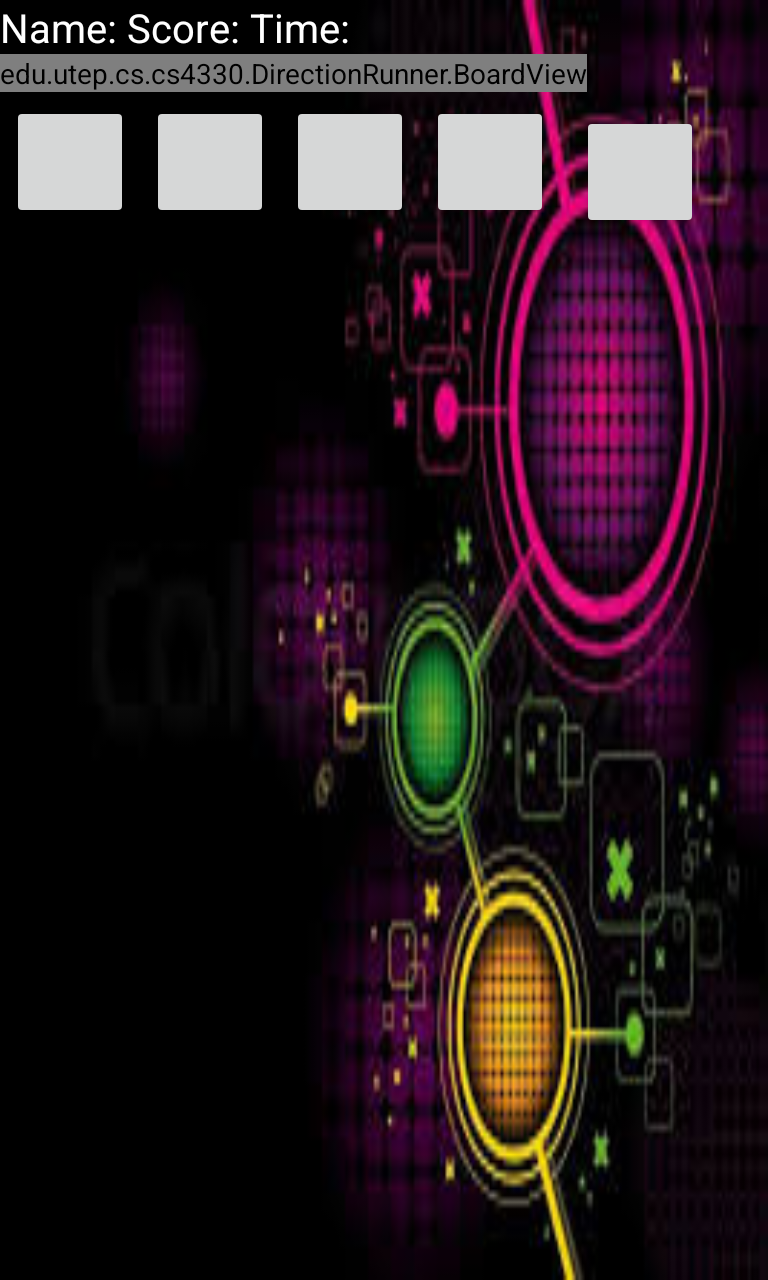
Repository: RedJaVa68/DirectionRunner
Layout: DirectionRunner/res/layout/game_activity.xml
An editor plug-in stored every save of this project. The layout is shown before and after the next save, followed by the edit.
Pictures or frames that could not be fetched are drawn as grey boxes. It is drawn on a 768 x 1280 px phone screen (xhdpi) without system bars, with theme AppTheme; the app's code is not run.

Above is the layout before, as saved 2015-05-07 00:32:23.

### DirectionRunner/res/layout/game_activity.xml
<?xml version="1.0" encoding="utf-8"?>
<ScrollView
    android:layout_width="match_parent"
    android:layout_height="match_parent"
    android:fillViewport="true"
    xmlns:android="http://schemas.android.com/apk/res/android">
<LinearLayout
    android:layout_width="fill_parent"
    android:layout_height="wrap_content"
    android:orientation="vertical"
    android:weightSum="3"
    android:background="@drawable/bg">
    <LinearLayout
        android:layout_width="wrap_content"
        android:layout_height="wrap_content"
        android:orientation="horizontal">
        <TextView
            android:id="@+id/nameText"
            android:layout_width="wrap_content"
            android:layout_height="wrap_content"
            android:text="Name: "
            android:textSize="20sp"
            android:textColor="#ffffff"/>"
        <TextView
            android:id="@+id/scoreText"
            android:layout_width="wrap_content"
            android:layout_height="wrap_content"
            android:text="Score: "
            android:textSize="20sp"
            android:textColor="#ffffff"/>
        <TextView
            android:id="@+id/clock"
            android:layout_width="wrap_content"
            android:layout_height="wrap_content"
            android:text="Time: "
            android:textSize="20sp"
            android:textColor="#ffffff"/>

    </LinearLayout>
    <edu.utep.cs.cs4330.DirectionRunner.BoardView
        android:id="@+id/boardView"
        android:layout_width="wrap_content"
        android:layout_height="wrap_content"/>
    <LinearLayout
        android:layout_width="wrap_content"
        android:layout_height="wrap_content"
        android:orientation="horizontal">
        <Button
        	android:id="@+id/button1"
        	android:layout_width="60dp"
        	android:layout_height="60dp"
        	android:layout_margin="5dp"
        	android:onClick="button1"/>
        <Button
            android:id="@+id/button2"
            android:layout_width="60dp"
            android:layout_height="60dp"
            android:layout_margin="5dp"
            android:onClick="button2"/>
        <Button
        	android:id="@+id/button3"
        	android:layout_width="60dp"
        	android:layout_height="60dp"
        	android:layout_margin="5dp"
        	android:onClick="button3"/>
        <Button
            android:id="@+id/button4"
            android:layout_width="60dp"
            android:layout_height="60dp"
            android:layout_margin="5dp"
            android:onClick="button4"/>
        <Button
        	android:id="@+id/button5"
        	android:layout_width="60dp"
        	android:layout_height="60dp"
        	android:layout_margin="10dp"
        	android:onClick="button5"/>
    </LinearLayout>
</LinearLayout>
</ScrollView>

Loaded but not shown: DirectionRunner/res/values/styles.xml (common file); DirectionRunner/res/values-v11/styles.xml (common file); DirectionRunner/res/values-v14/styles.xml (common file)

After the next save:
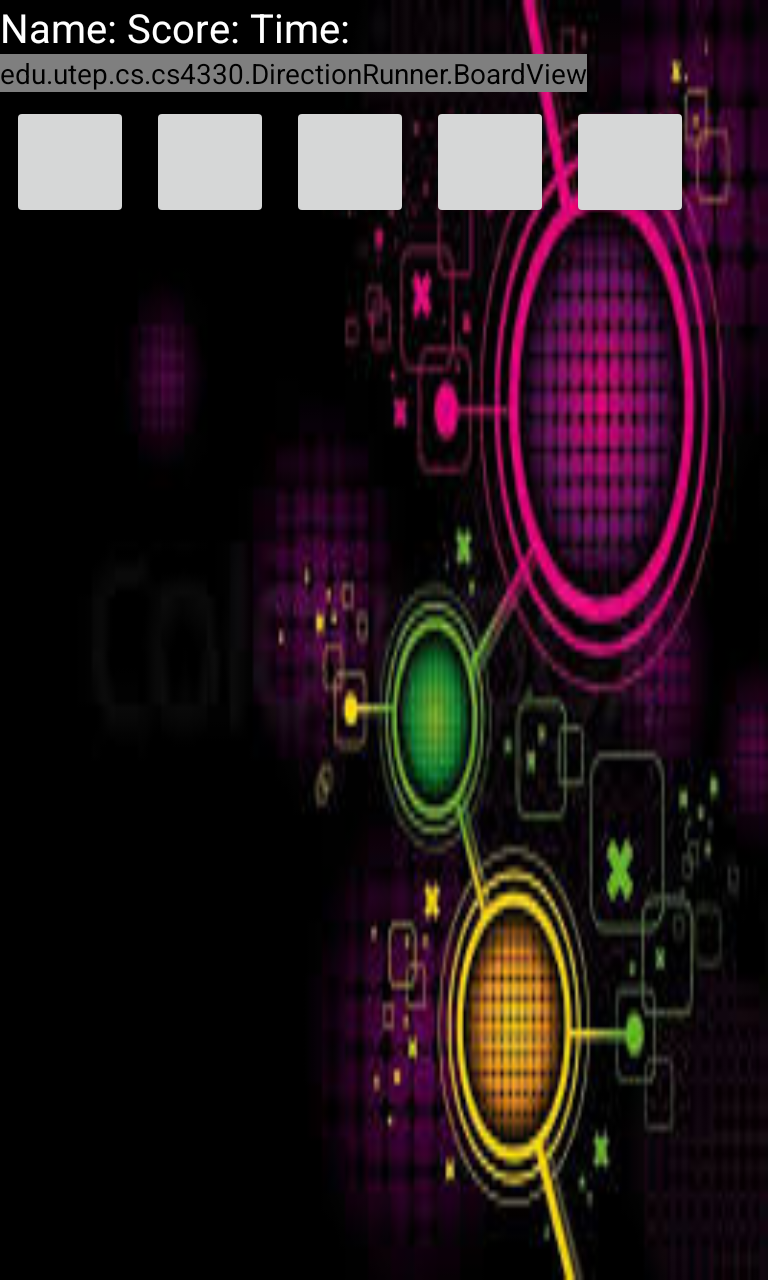
Saved 26 s later.
--- a/DirectionRunner/res/layout/game_activity.xml
+++ b/DirectionRunner/res/layout/game_activity.xml
@@ -73,7 +73,7 @@
         	android:id="@+id/button5"
         	android:layout_width="60dp"
         	android:layout_height="60dp"
-        	android:layout_margin="10dp"
+        	android:layout_margin="5dp"
         	android:onClick="button5"/>
     </LinearLayout>
 </LinearLayout>
